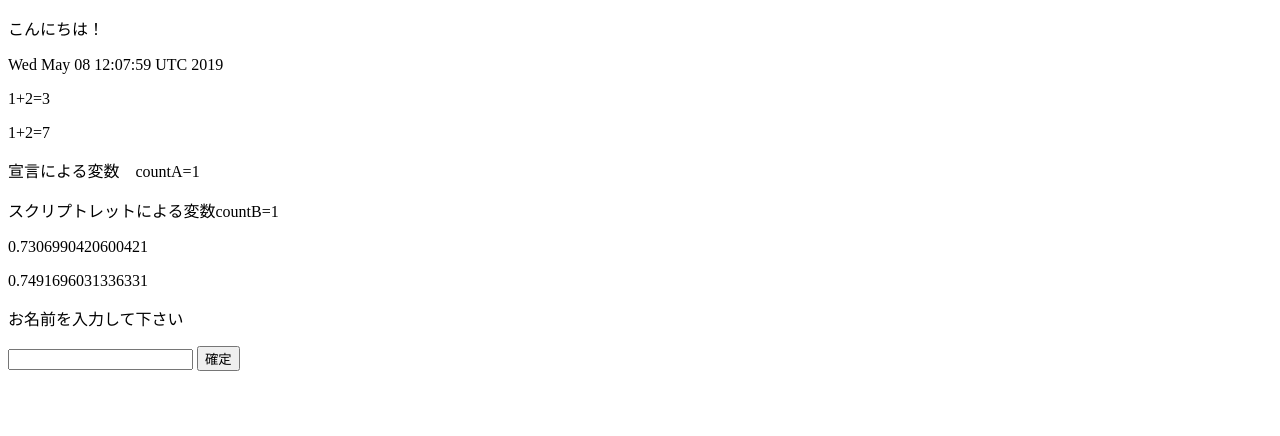
Repository: Yuuu-94/test
Page: http://localhost/HelloJSP2/
The author's editor kept a copy of each file at every save. The page is drawn from the files as they stood at one save, then again after the next save.
The browser window is 1280 px wide. The pictures show the whole page.
The page is served by Tomcat 9.

Above is the page before, as saved 2019-05-13 10:15:29.

After the next save:
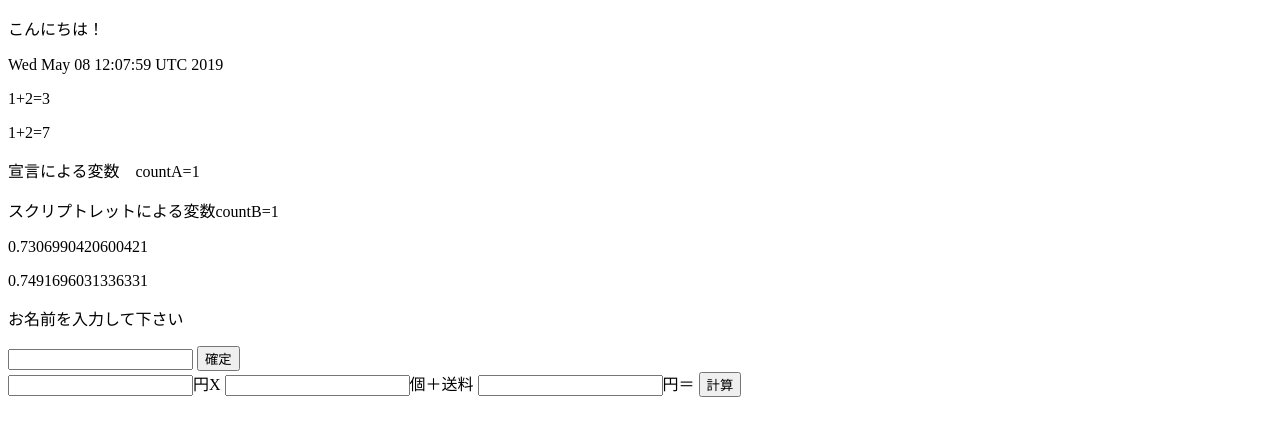
Saved 7 min 2 s later.
--- a/HelloJSP2/WebContent/index.jsp
+++ b/HelloJSP2/WebContent/index.jsp
@@ -34,5 +34,12 @@ countB++;
 <input type="text" name="user">
 <input type="submit" value="確定">
 </form>
+
+<form method="post" action="total-out.jsp">
+<input type="text" name="price">円X
+<input type="text" name="count">個＋送料
+<input type="text" name="delivery">円＝
+<input type="submit" value="計算">
+</form>
 </body>
 </html>
